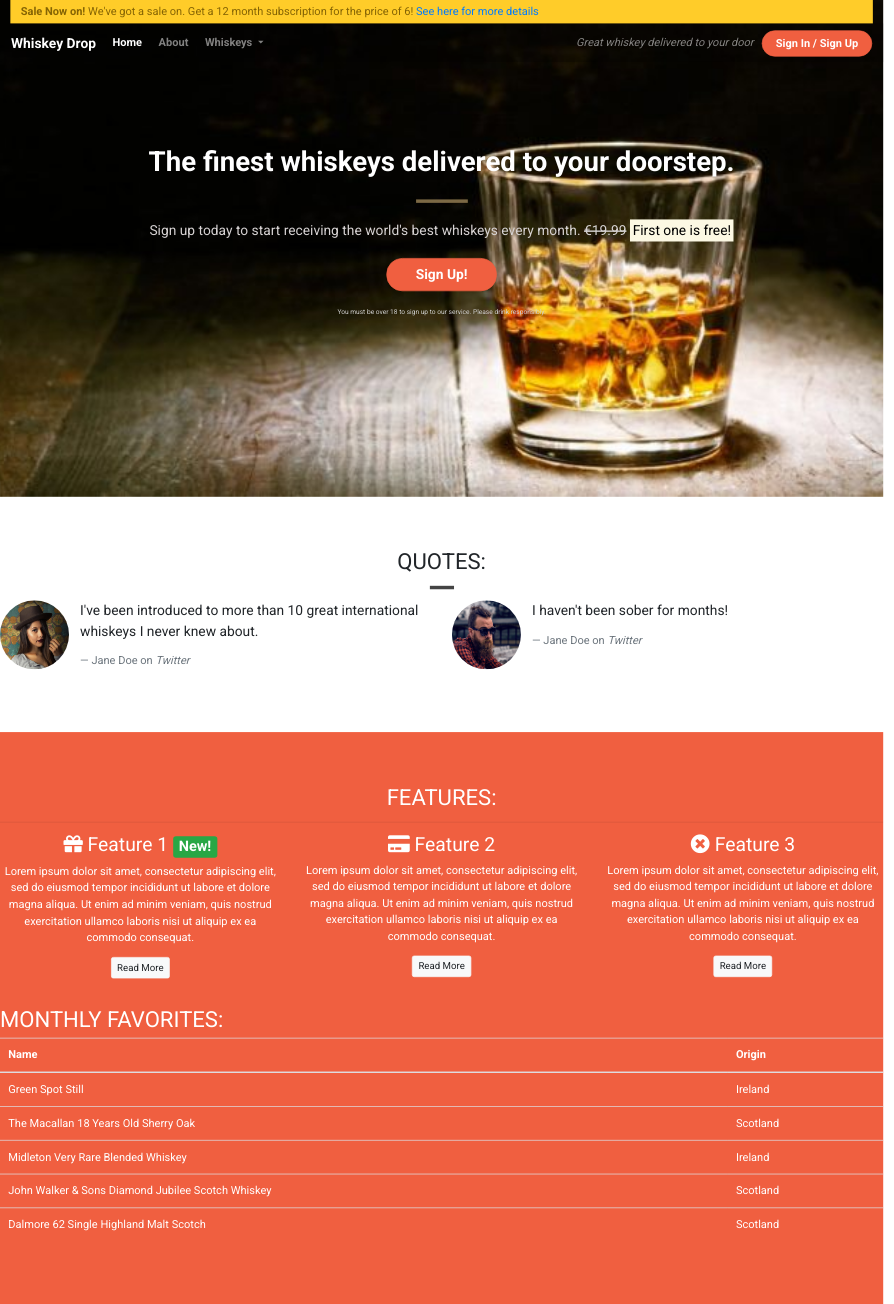
Repository: grisselfaura/BootstrappingYourNextBigIdea-BS4
Page: index.html
The author's editor kept a record of every edit. The page is drawn from the files as they stood at one moment, then again after the next edit.
The browser window is 1280 px wide. The page is 1295 px wide, so the pictures cover 1295 px, including what lies to the right of the window. The pictures show the whole page, at 69% of full size.
Backgrounds fixed to the window are drawn as part of the page. Some web libraries are served in a nearby version.

Above is the page before.

After the next edit:
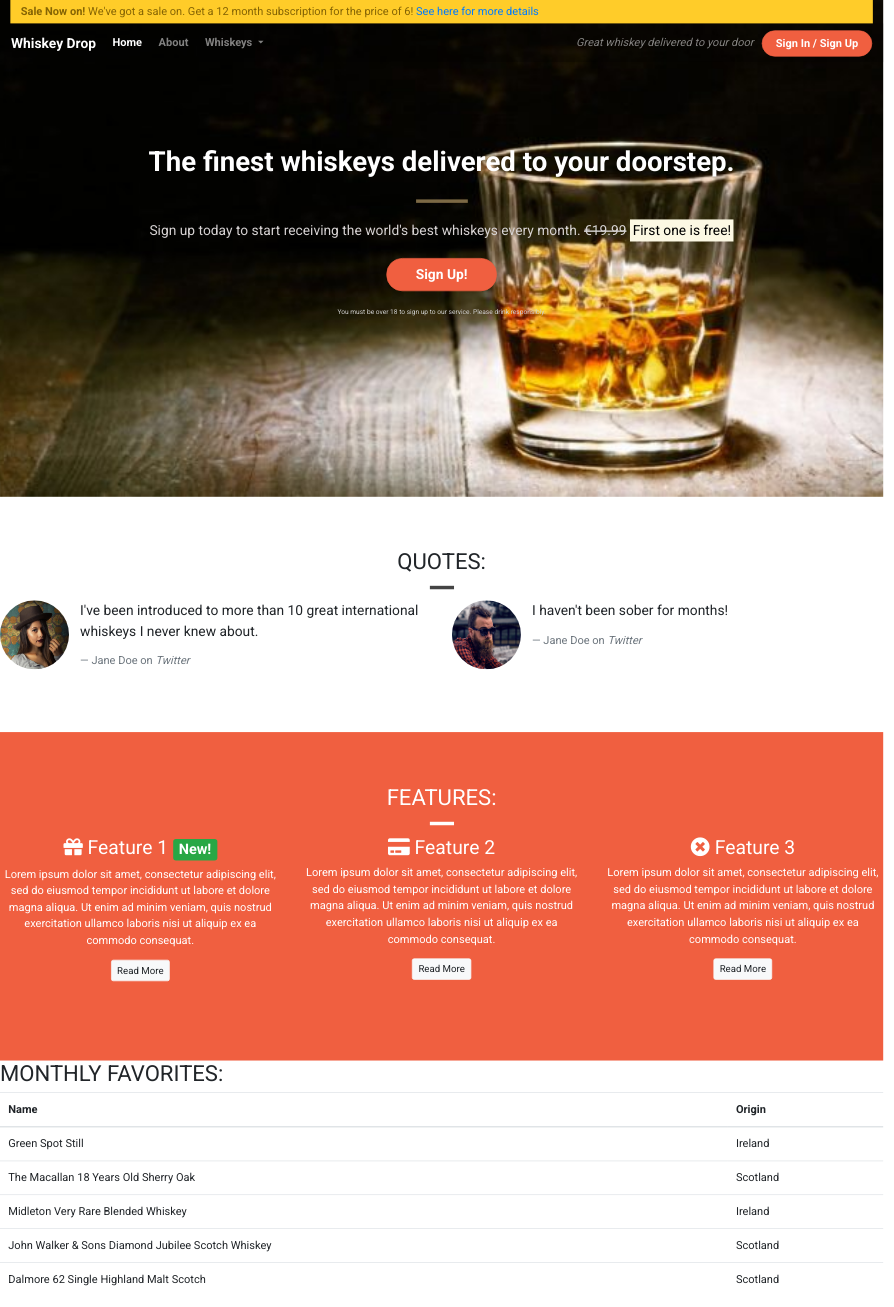
The edit:
--- a/index.html
+++ b/index.html
@@ -119,72 +119,75 @@
     </div>
     <!-- Features -->
     <div class="container-wrapper container-wrapper--red">
-    <div class="cointainer features-container content-container">
-        <section class="features">
-            <div class="row">
-                <div class="col-12 page-header">
-                    <h2 class="text-uppercase">Features:</h2>
-                    <hr />
-                </div>
-            </div>
-            <div class="row">
-                <div class="col-12 col-md-6 col-lg-4">
-                    <div class="feature">
-                        <h3><i class="fas fa-gift d-none d-sm-inline"></i> Feature 1 <span class="badge badge-success">New!</span></h3>
-                        <p>Lorem ipsum dolor sit amet, consectetur adipiscing elit, sed do eiusmod tempor incididunt ut labore et dolore magna aliqua. Ut enim ad minim veniam, quis nostrud exercitation ullamco laboris nisi ut aliquip ex ea commodo consequat.</p>
-                        <p><a class="btn btn-sm btn-light" href="">Read More</a></p>
-                    </div>
-                </div>
-                <div class="col-12 col-md-6 col-lg-4">
-                    <div class="feature">
-                        <h3><i class="fas fa-credit-card d-none d-sm-inline"></i> Feature 2</h3>
-                        <p>Lorem ipsum dolor sit amet, consectetur adipiscing elit, sed do eiusmod tempor incididunt ut labore et dolore magna aliqua. Ut enim ad minim veniam, quis nostrud exercitation ullamco laboris nisi ut aliquip ex ea commodo consequat.</p>
-                        <p><a class="btn btn-sm btn-light" href="">Read More</a></p>
-                    </div>
-                </div>
-                <div class="col-12 d-md-none d-lg-block col-lg-4">
-                    <div class="feature">
-                        <h3><i class="fas fa-times-circle d-none d-sm-inline"></i> Feature 3</h3>
-                        <p>Lorem ipsum dolor sit amet, consectetur adipiscing elit, sed do eiusmod tempor incididunt ut labore et dolore magna aliqua. Ut enim ad minim veniam, quis nostrud exercitation ullamco laboris nisi ut aliquip ex ea commodo consequat.</p>
-                        <p><a class="btn btn-sm btn-light" href="">Read More</a></p>
-                    </div>
-                </div>
-            </div>
-        </section>
-        <!-- /.features -->
-        <section class="Monthly favorites">
-            <h2 class="text-uppercase">Monthly favorites:</h2>
-            <table class="table">
-                <thead>
-                    <tr>
-                        <th scope="col">Name</th>
-                        <th scope="col">Origin</th>
-                    </tr>
-                </thead>
-                <tbody>
-                    <tr>
-                        <td>Green Spot Still</td>
-                        <td>Ireland</td>
-                    </tr>
-                    <tr>
-                        <td>The Macallan 18 Years Old Sherry Oak</td>
-                        <td>Scotland</td>
-                    </tr>
-                    <tr>
-                        <td>Midleton Very Rare Blended Whiskey</td>
-                        <td>Ireland</td>
-                    </tr>
-                    <tr>
-                        <td>John Walker & Sons Diamond Jubilee Scotch Whiskey</td>
-                        <td>Scotland</td>
-                    </tr>
-                    <tr>
-                        <td>Dalmore 62 Single Highland Malt Scotch</td>
-                        <td>Scotland</td>
-                    </tr>
-                </tbody>
-            </table>
-        </section>
+        <div class="cointainer features-container content-container">
+            <section class="features">
+                <div class="row">
+                    <div class="col-12 page-header">
+                        <h2 class="text-uppercase">Features:</h2>
+                        <hr class="block-divider block-divider--short block-divider--white">
+                    </div>
+                </div>
+                <div class="row">
+                    <div class="col-12 col-md-6 col-lg-4">
+                        <div class="feature">
+                            <h3><i class="fas fa-gift d-none d-sm-inline"></i> Feature 1 <span class="badge badge-success">New!</span></h3>
+                            <p>Lorem ipsum dolor sit amet, consectetur adipiscing elit, sed do eiusmod tempor incididunt ut labore et dolore magna aliqua. Ut enim ad minim veniam, quis nostrud exercitation ullamco laboris nisi ut aliquip ex ea commodo consequat.</p>
+                            <p><a class="btn btn-sm btn-light" href="">Read More</a></p>
+                        </div>
+                    </div>
+                    <div class="col-12 col-md-6 col-lg-4">
+                        <div class="feature">
+                            <h3><i class="fas fa-credit-card d-none d-sm-inline"></i> Feature 2</h3>
+                            <p>Lorem ipsum dolor sit amet, consectetur adipiscing elit, sed do eiusmod tempor incididunt ut labore et dolore magna aliqua. Ut enim ad minim veniam, quis nostrud exercitation ullamco laboris nisi ut aliquip ex ea commodo consequat.</p>
+                            <p><a class="btn btn-sm btn-light" href="">Read More</a></p>
+                        </div>
+                    </div>
+                    <div class="col-12 d-md-none d-lg-block col-lg-4">
+                        <div class="feature">
+                            <h3><i class="fas fa-times-circle d-none d-sm-inline"></i> Feature 3</h3>
+                            <p>Lorem ipsum dolor sit amet, consectetur adipiscing elit, sed do eiusmod tempor incididunt ut labore et dolore magna aliqua. Ut enim ad minim veniam, quis nostrud exercitation ullamco laboris nisi ut aliquip ex ea commodo consequat.</p>
+                            <p><a class="btn btn-sm btn-light" href="">Read More</a></p>
+                        </div>
+                    </div>
+                </div>
+            </section>
+            <!-- /.features -->
+        </div>
+    </div>
+
+    <section class="Monthly favorites">
+        <h2 class="text-uppercase">Monthly favorites:</h2>
+        <table class="table">
+            <thead>
+                <tr>
+                    <th scope="col">Name</th>
+                    <th scope="col">Origin</th>
+                </tr>
+            </thead>
+            <tbody>
+                <tr>
+                    <td>Green Spot Still</td>
+                    <td>Ireland</td>
+                </tr>
+                <tr>
+                    <td>The Macallan 18 Years Old Sherry Oak</td>
+                    <td>Scotland</td>
+                </tr>
+                <tr>
+                    <td>Midleton Very Rare Blended Whiskey</td>
+                    <td>Ireland</td>
+                </tr>
+                <tr>
+                    <td>John Walker & Sons Diamond Jubilee Scotch Whiskey</td>
+                    <td>Scotland</td>
+                </tr>
+                <tr>
+                    <td>Dalmore 62 Single Highland Malt Scotch</td>
+                    <td>Scotland</td>
+                </tr>
+            </tbody>
+        </table>
+    </section>
     </div>
 
     <div class="modal" tabindex="-1" role="dialog" id="signUpModal">
